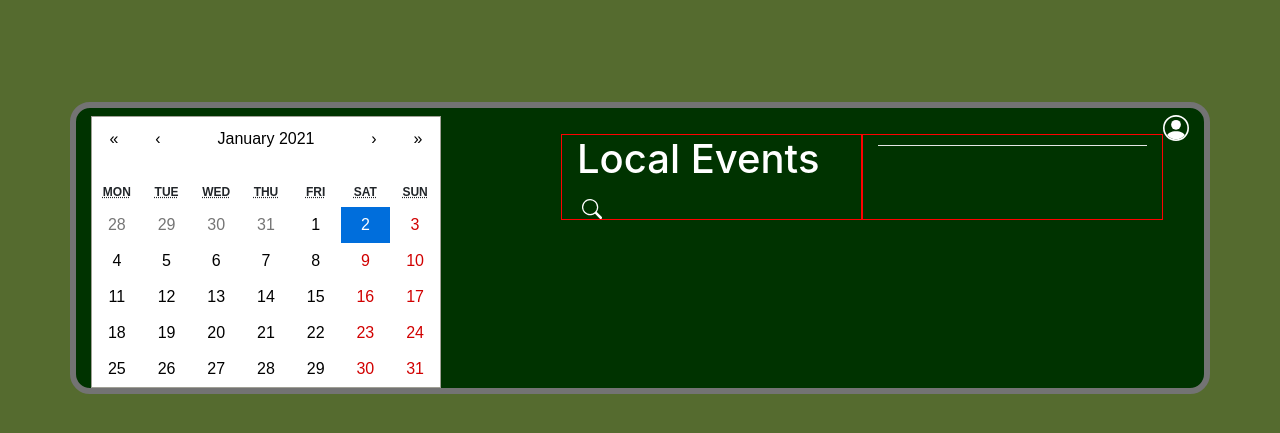
Repository: lalji-yadav/Calendar-code
Page: /
The author's editor kept a copy of each file at every save. The page is drawn from the files as they stood at one save, then again after the next save.
The browser window is 1280 px wide. The pictures show the whole page.
The project was rebuilt for these pictures with package versions that can differ from the ones it lists, and the page was loaded fresh each time. Also part of the build but not shown: src/App.css.

Above is the page before, as saved 2021-01-03 14:24:33.

### src/App.js
import logo from './logo.svg';
import './App.css';
import MyApp from './calendar/calendar'
import Home from "./calendar/Home";

function App() {
  return (
    <div>
      <header>

        <Home />

      </header>
    </div>
  );
}

export default App;

### src/calendar/calendar.js
import React, { useState } from 'react';
import 'react-calendar/dist/Calendar.css';
import Calendar from 'react-calendar';

function MyApp() {
  const [value, onChange] = useState(new Date());

  return (
    <div>
      <Calendar
        onChange={onChange}
        value={value}
      />
    </div>
  );
}

export default MyApp;

### src/calendar/Home.js
import React from 'react';
import "./Home.css";
import MyApp from "./calendar";

function Home() {

  return (
    <div className="main">
      <div className='container'>
        <div className="row">
          <div className="col-sm-5 calendar">
             <MyApp />
          </div>
          <div className="col-sm-7">

            <div style={{float:"right", paddingTop:"1%"}}>
            <svg xmlns="http://www.w3.org/2000/svg" width="26" height="26" fill="white" class="bi bi-person-circle" viewBox="0 0 16 16">
            <path d="M13.468 12.37C12.758 11.226 11.195 10 8 10s-4.757 1.225-5.468 2.37A6.987 6.987 0 0 0 8 15a6.987 6.987 0 0 0 5.468-2.63z"/>
             <path fill-rule="evenodd" d="M8 9a3 3 0 1 0 0-6 3 3 0 0 0 0 6z"/>
             <path fill-rule="evenodd" d="M8 1a7 7 0 1 0 0 14A7 7 0 0 0 8 1zM0 8a8 8 0 1 1 16 0A8 8 0 0 1 0 8z"/>
            </svg>
            </div>

            <div className="row" style={{paddingTop:"4%"}}>
               <div className="col-sm-6" style={{border:"1px solid red"}}>
               <h1 style={{color:"white"}}>Local Events </h1>
               <svg  style={{margin:"3% 0% 0% 2%"}} xmlns="http://www.w3.org/2000/svg" width="20" height="20" fill="white" class="bi bi-search" viewBox="0 0 16 16">
               <path d="M11.742 10.344a6.5 6.5 0 1 0-1.397 1.398h-.001c.03.04.062.078.098.115l3.85 3.85a1 1 0 0 0 1.415-1.414l-3.85-3.85a1.007 1.007 0 0 0-.115-.1zM12 6.5a5.5 5.5 0 1 1-11 0 5.5 5.5 0 0 1 11 0z"/>
               </svg>
               </div>
               <div className="col-sm-6" style={{border:"1px solid red"}}>
               <hr style={{marginTop:"10px"}} />

               </div>


            </div>

          </div>
        </div>

      </div>

    </div>
  );
}
export default Home;

### src/calendar/Home.css
.main {
    width: 100%;
    height: 100%;
    position: absolute;
    /* padding: 10% 5% 10% 5%; */
    background-color: darkolivegreen;
}
.container {
    width: 80%;
    /* height: 70%; */
    margin: 8% 10% 8% 10%;
    background-color: #003300;
    border: 6px solid #737373;
    border-radius: 20px;
}
.calendar {
    /* border: 2px solid red; */
    margin-top: 8px;
}
hr {
    color: white;
    width: 100%;
    margin-top: 5em;
    background-color: white;
}
.tablebox {
    margin: 0% 0% 0% 3%;
    padding: 3%;
    width: 91%;
    border-radius: 15px;
    color: black;
    background-color: white;
}

Loaded but not shown: public/index.html (common file); src/index.js (common file); src/index.css (common file); src/reportWebVitals.js (common file)

After the next save:
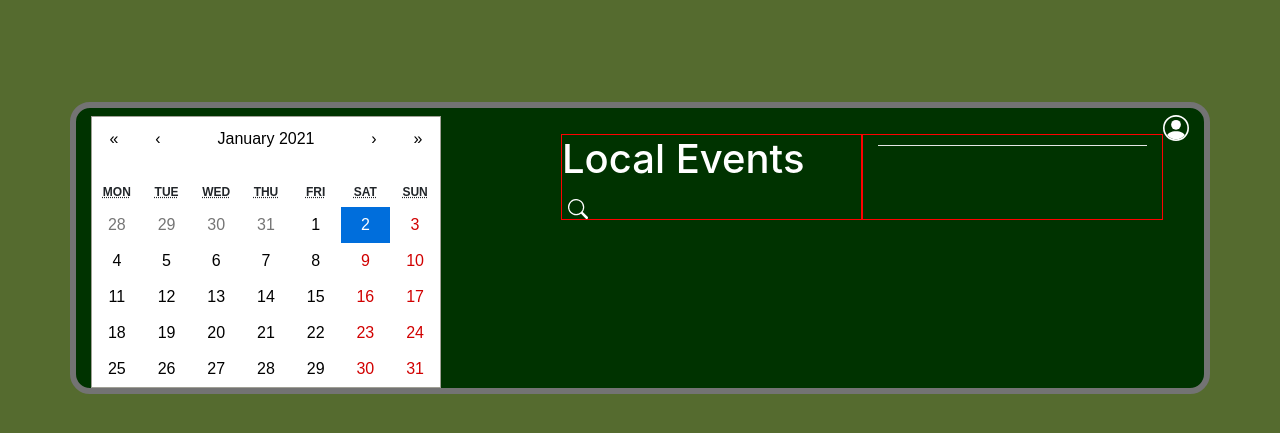
Saved 60 s later.
--- a/src/calendar/Home.js
+++ b/src/calendar/Home.js
@@ -22,7 +22,7 @@
             </div>
 
             <div className="row" style={{paddingTop:"4%"}}>
-               <div className="col-sm-6" style={{border:"1px solid red"}}>
+               <div className="col-sm-6" style={{border:"1px solid red", padding:"0px"}}>
                <h1 style={{color:"white"}}>Local Events </h1>
                <svg  style={{margin:"3% 0% 0% 2%"}} xmlns="http://www.w3.org/2000/svg" width="20" height="20" fill="white" class="bi bi-search" viewBox="0 0 16 16">
                <path d="M11.742 10.344a6.5 6.5 0 1 0-1.397 1.398h-.001c.03.04.062.078.098.115l3.85 3.85a1 1 0 0 0 1.415-1.414l-3.85-3.85a1.007 1.007 0 0 0-.115-.1zM12 6.5a5.5 5.5 0 1 1-11 0 5.5 5.5 0 0 1 11 0z"/>
